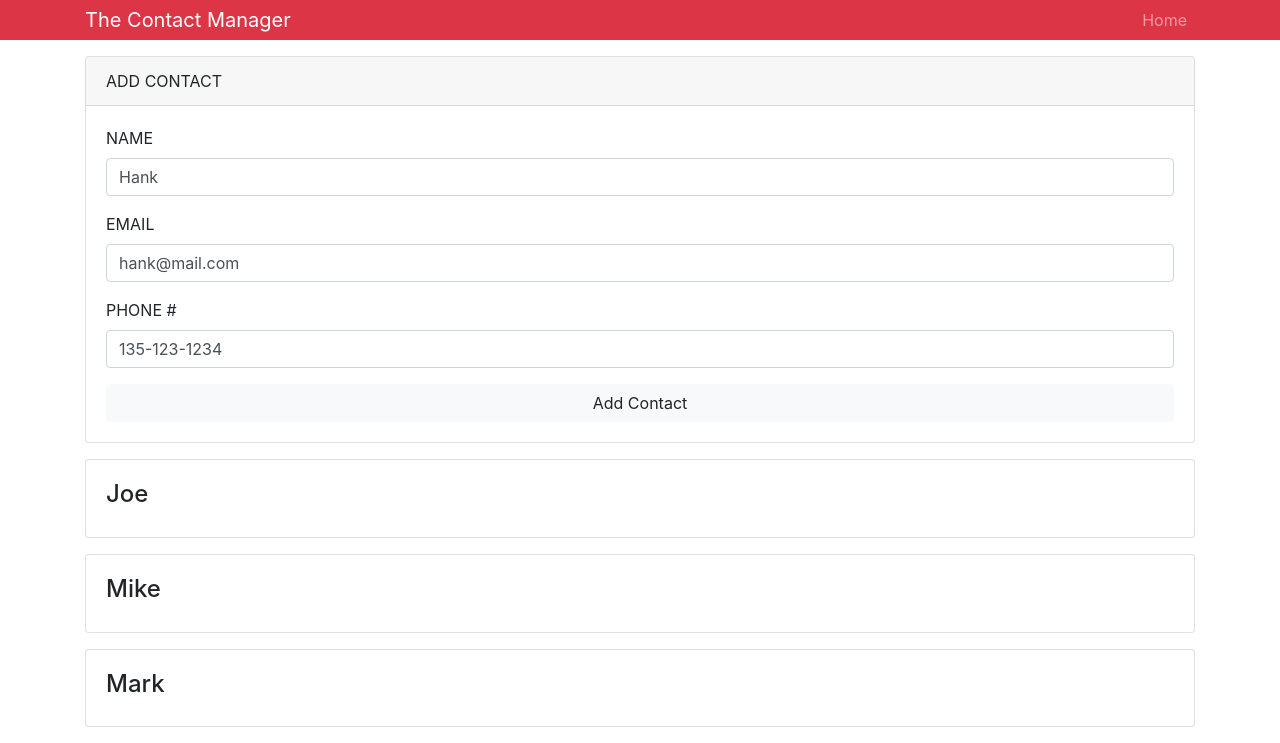
Repository: MikeTroianello/Contact-Manager
Page: /contact/add
An editor plug-in stored every save of this project. The page is shown before and after the next save, followed by the edit.
The browser window is 1280 px wide. The pictures show the whole page.
The project was rebuilt for these pictures with package versions that can differ from the ones it lists, and the page was loaded fresh each time. Also part of the build but not shown: src/App.css.

Above is the page before, as saved 2019-05-20 23:01:57.

After the next save:
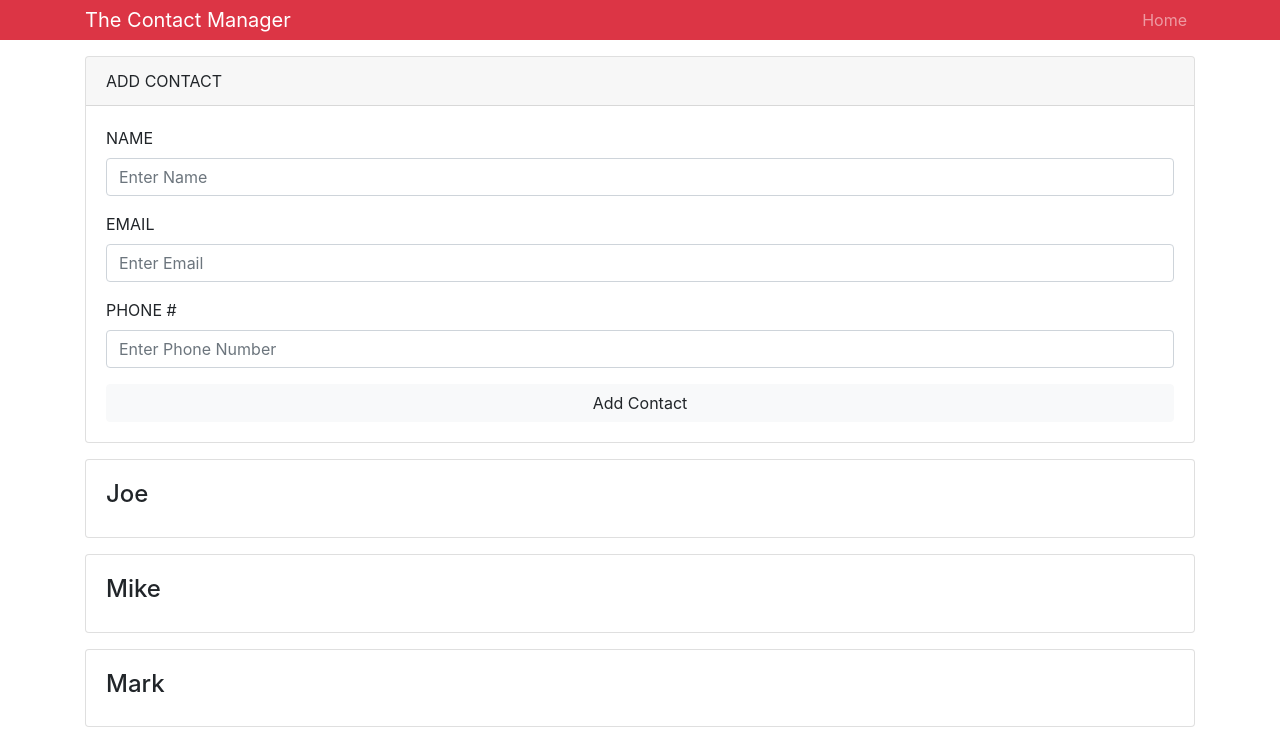
Saved 87 s later.
--- a/src/components/contacts/AddContact.js
+++ b/src/components/contacts/AddContact.js
@@ -1,32 +1,24 @@
 import React, { Component } from "react";
+import { Consumer } from "../../context";
 
 class AddContact extends Component {
-  constructor(props) {
-    super(props);
+  state = {
+    name: "",
+    email: "",
+    phone: ""
+  };
 
-    this.nameInput = React.createRef();
-    this.emailInput = React.createRef();
-    this.phoneInput = React.createRef();
-  }
+  onChange = e => {
+    this.setState({ [e.target.name]: e.target.value });
+  };
 
   onSubmit = e => {
     e.preventDefault();
-    const contact = {
-      name: this.nameInput.current.value,
-      email: this.emailInput.current.value,
-      phone: this.phoneInput.current.value
-    };
-    console.log(contact);
-  };
-
-  static defaultProps = {
-    name: "Hank",
-    email: "hank@mail.com",
-    phone: "135-123-1234"
+    console.log(this.state);
   };
 
   render() {
-    const { name, email, phone } = this.props;
+    const { name, email, phone } = this.state;
     return (
       <div className="card mb-3">
         <div className="card-header">ADD CONTACT</div>
@@ -39,8 +31,8 @@ class AddContact extends Component {
                 name="name"
                 className="form-control lg"
                 placeholder="Enter Name"
-                defaultValue={name}
-                ref={this.nameInput}
+                value={name}
+                onChange={this.onChange}
               />
             </div>
             <div className="form-group">
@@ -50,8 +42,8 @@ class AddContact extends Component {
                 name="email"
                 className="form-control lg"
                 placeholder="Enter Email"
-                defaultValue={email}
-                ref={this.emailInput}
+                value={email}
+                onChange={this.onChange}
               />
             </div>
             <div className="form-group">
@@ -61,8 +53,8 @@ class AddContact extends Component {
                 name="phone"
                 className="form-control lg"
                 placeholder="Enter Phone Number"
-                defaultValue={phone}
-                ref={this.phoneInput}
+                value={phone}
+                onChange={this.onChange}
               />
             </div>
             <input
